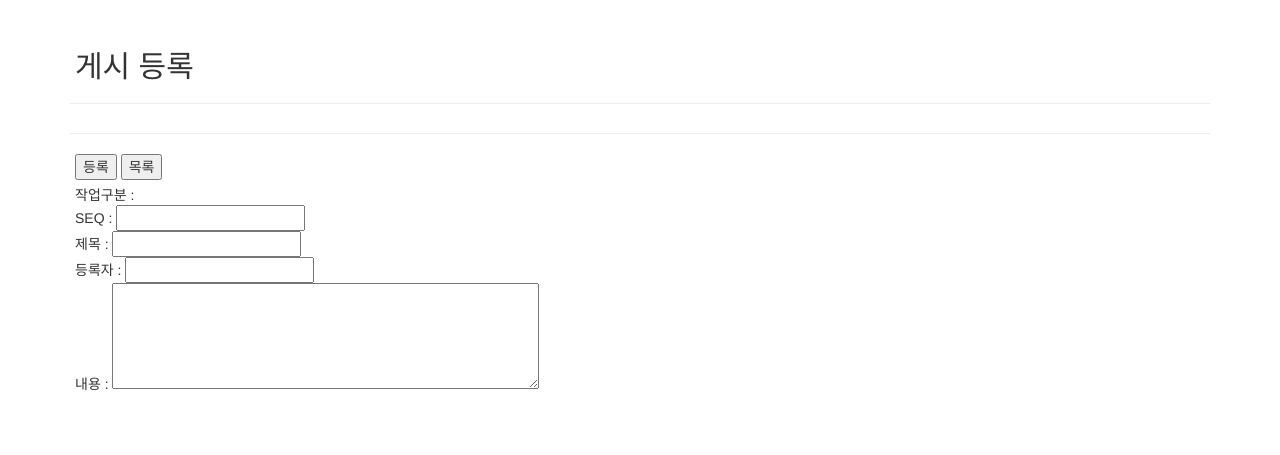
Repository: dongseon-git/WEB_JSP
Page: http://localhost/studyhtml5/board/board_reg.jsp
These files come from the project's save history. The page is drawn as it stood at one moment and after the next save; the edit follows.
The browser window is 1280 px wide. The pictures show the whole page.
The page is served by Tomcat 9. Nobody is signed in. The application's start-up code is not run. Other server files are loaded and not shown.

Above is the page before, as saved 2022-05-24 05:37:37.

### workspace/studyhtml5/WebContent/board/board_reg.jsp
<%@ page language="java" contentType="text/html; charset=UTF-8"
    pageEncoding="UTF-8"%>
    <!-- JSTL Core -->
<%@ taglib prefix="c" uri="http://java.sun.com/jsp/jstl/core" %>
<%@ taglib prefix="fmt" uri="http://java.sun.com/jsp/jstl/fmt"%>
<%@ taglib prefix="fn" uri="http://java.sun.com/jsp/jstl/functions" %>
    <%@include file = "/com/common.jsp" %>
    <%
    LOG.debug("contPath:" +contPath);
    %>
<!DOCTYPE html>
<html>
<head>
<meta name="viewport" content="width=device-width,initial-scale=1.0">
<meta charset="UTF-8">
<link rel="shortcut icon" type="image/x-icon" href="<%=contPath %>/favicon.ico">

<!--reset 스타일 시트 -->
<link rel="stylesheet" type="text/css" href="<%=contPath %>/asset/css/reset.css" >
<link rel="stylesheet"  type="text/css" href="<%=contPath %>/asset/css/jQuery-ui.css">
<link rel="stylesheet" href="https://maxcdn.bootstrapcdn.com/bootstrap/3.3.2/css/bootstrap.min.css">
<!-- 부가적인 테마 -->
<link rel="stylesheet" href="https://maxcdn.bootstrapcdn.com/bootstrap/3.3.2/css/bootstrap-theme.min.css">
<link rel="stylesheet"  type="text/css" href="<%=contPath %>/asset/css/jQuery-ui.css">
<!--스타일 시트 -->
<style type="text/css">
</style>
<title>Insert title here</title>
<!-- jquery -->
<script type="text/javascript" src="<%=contPath %>/asset/js/jquery-1.12.4.js"></script>
<!-- jQuery UI -->
<script type="text/javascript" src="<%=contPath %>/asset/js/jQuery-ui.js"></script>
<script src="https://maxcdn.bootstrapcdn.com/bootstrap/3.3.2/js/bootstrap.min.js"></script>
<script type="text/javascript" src="<%=contPath %>/asset/js/common.js"></script>
</head>
<body>
<div class="container">
    <!-- 제목  -->
    <div class="page-header">
<h2>게시 등록</h2>
<hr/>
 </div>
<div>
    <input type="button" value="등록" onclick="doSave();">
        <input type="button" value="목록" onclick="goList();">

    </div>
    <form action="<%=contPath %>/board/board.do" name="boardFrm" id="boardFrm">
         작업구분 : <input type="hidden" name="work_div" id="work_div" value="doSave"><br>
      SEQ : <input type="text" name="seq" id="seq"><br>
         제목 : <input type="text" name="title" id="title" maxlength="200"><br>
         등록자 : <input type="text" name="reg_id" id="reg_id"><br>
         내용 : <textarea rows="5" cols="50" name="contents" id="contents"></textarea><br>
    </form>
     </div>
    <script type="text/javascript">
$(document).ready(function(){
    console.log(`document ready`);
});
function doSave(){
    console.log(`doSave()`);
    let frm = document.getElementById("boardFrm");

    let seq = $('#seq').val();
    if(null === seq || seq.trim().length == 0){
        $('#seq').focus();
        alert('순번을 입력하세요.');
        return false;
    }
    //제목
    let title = frm.title.value;
    console.log('title:'+title);
    if(null ===title || title.trim().length==0){
    $('#title').focus();
    alert('제목을 입력하세요.');
    return false;
    }
    let regId = $('#reg_id').val();
    if(null === regId || regId.trim().length == 0){
    	$('#reg_id').focus();
    	alert('등록자 id를 입력하세요.');
    	return;
    }
    let contents = $('#contents').val();
    if(null === contents || contents.trim().length == 0){
        $('#contents').focus();
        alert('내용을 입력하세요.');
        return;
    }
    if(false == confirm('저장하시겠습니까?'))return;
    //javascript form submit
    //frm.submit();
    //ajax
    $.ajax({
        type: "POST",
        url:"/studyhtml5/board/board.do",
        asyn:"true",
        dataType:"html",
        data:{
        	//변수:
            work_div:$('#work_div').val(),
            seq:seq,
            title:title,
            reg_id:regId,
            contents:contents

        },
        success:function(data){//통신 성공
            //console.log("success data:"+data);
            //문자열
        // 문자열 ->json 으로 변환
        const jsonObj = JSON.parse(data);
        console.log('jsonObj:'+ jsonObj.messageId);
        console.log('msgContents:'+jsonObj.msgContents);

        const listURLTest = "<%=contPath%>/studyhtml5/board/board_list.jsp";
        console.log('listURLTest:'+listURLTest);
        if(null !=jsonObj && jsonObj.messageId=='1'){//등록 성공
            alert(jsonObj.msgContents);
            //board_list.jsp 이동
            //javascript 코드 내에서도 자바코드
        	const listURL = "/studyhtml5/board/board.do?work_div=doRetrieve";
        	window.location.href = listURL;
        }else{//등록실패
        	alert(jsonObj.msgContents);
        }

        },
        error:function(data){//실패시 처리
            console.log("error:"+data);
        }
    });
}
</script>
</body>
</html>

### workspace/studyhtml5/WebContent/com/common.jsp
<%@page import="org.apache.log4j.Logger"%>
<%@ page language="java" contentType="text/html; charset=UTF-8"
    pageEncoding="UTF-8"%>
<%
//context path
String contPath = request.getContextPath();
Logger LOG = Logger.getLogger(this.getClass());

//http 1.1에서 지원하는 헤더: 웹브라우저가 응답결과를 캐시하지 않음
response.setHeader("Cache-Control", "no-cache");

//웹브라우저가 응답결과를 캐시하지 않음(앞/뒤로 가기 no-cache)
response.setHeader("Cache-Control","no-store");

//http 1.0에서 지원하는 헤더: 웹 브라우저가 응답결과를 캐시하지 않음
response.setHeader("Pragma","no-cache");

//http 1.0에서 현재시간 이전으로 캐시하지 않음
response.setHeader("Expires","1L");
%>

### workspace/studyhtml5/WebContent/asset/css/reset.css
@charset "UTF-8";
/* http://meyerweb.com/eric/tools/css/reset/
   v2.0 | 20110126
   License: none (public domain)
*/

html, body, div, span, object, iframe,
h1, h2, h3, h4, h5, h6, p, blockquote, pre,
a, abbr, acronym, address, big, cite, code,
del, dfn, em, img, ins, kbd, q, s, samp,
small, strike, strong, sub, sup, tt, var,
b, u, i, center,
dl, dt, dd, ol, ul, li,
fieldset, form, label, legend,
table, caption, tbody, tfoot, thead, tr, th, td,
article, aside, canvas, details, embed,
figure, figcaption, footer, header, hgroup,
menu, nav, output, ruby, section, summary,
time, mark, audio, video {
    margin: 5px;
    padding: 0;
    border: 0;
    font-size: 100%;
    font: inherit;
    vertical-align: baseline;
}
/* HTML5 display-role reset for older browsers */
article, aside, details, figcaption, figure,
footer, header, hgroup, menu, nav, section {
    display: block;
}
body {
    line-height: 1;
}
ol, ul {
    list-style: none;
}
blockquote, q {
    quotes: none;
}
blockquote:before, blockquote:after,
q:before, q:after {
    content: '';
    content: none;
}
table {
    border-collapse: collapse;
    border-spacing: 0;
}

### workspace/studyhtml5/WebContent/asset/js/common.js
'use strict';

let isEmpty = function(value){
    if(null == value || value == "" || "null" == value || value == undefined){
        return true;
    }else{
        return false;
    }
    }

Loaded but not shown: workspace/studyhtml5/WebContent/asset/css/jQuery-ui.css (library); workspace/studyhtml5/WebContent/asset/js/jquery-1.12.4.js (library); workspace/studyhtml5/WebContent/asset/js/jQuery-ui.js (library)

After the next save:
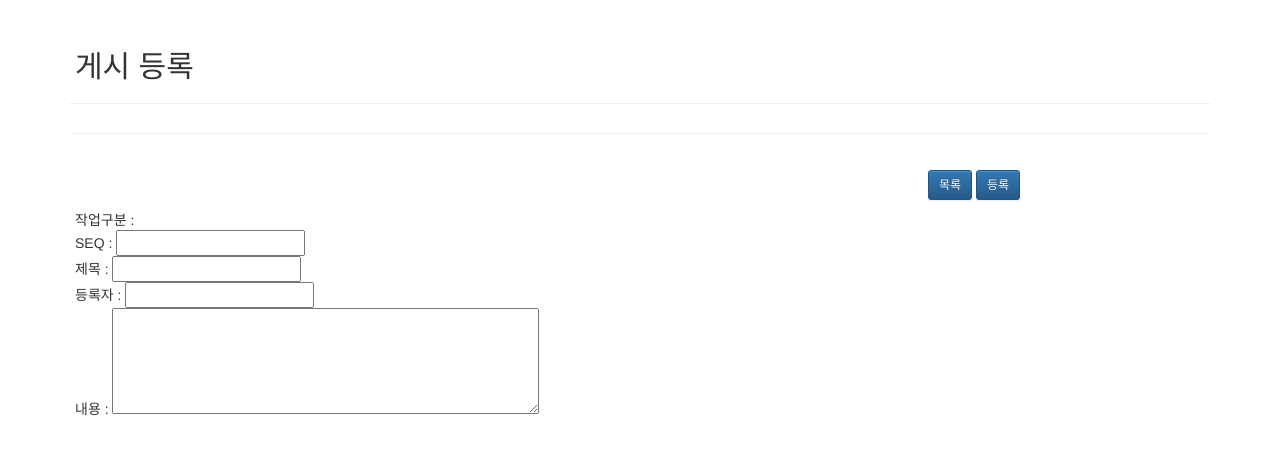
Saved 3 min 42 s later.
--- a/workspace/studyhtml5/WebContent/board/board_reg.jsp
+++ b/workspace/studyhtml5/WebContent/board/board_reg.jsp
@@ -40,12 +40,19 @@
 <h2>게시 등록</h2>
 <hr/>
  </div>
-<div>
-    <input type="button" value="등록" onclick="doSave();">
-        <input type="button" value="목록" onclick="goList();">
+  <!-- 버튼 -->
+    <div class="row text-right">
+      <label class="col-sm-3 col-md-2 col-lg-2"></label>
+      <div class="col-sm-9 col-md-10 col-lg-10">
+      <input type="button" class="btn btn-primary btn-sm" value="목록" onclick="goList();"/>
+        <input type="button" class="btn btn-primary btn-sm" value="등록" onclick="doSave();"/>
 
+
+      </div>
     </div>
-    <form action="<%=contPath %>/board/board.do" name="boardFrm" id="boardFrm">
+    <!--// 버튼  ---------------------------------------------------------------->
+     <!-- form -->
+    <form action="<%=contPath %>/board/board.do" name="boardFrm" id="boardFrm" class="form-horizontal">
          작업구분 : <input type="hidden" name="work_div" id="work_div" value="doSave"><br>
       SEQ : <input type="text" name="seq" id="seq"><br>
          제목 : <input type="text" name="title" id="title" maxlength="200"><br>
